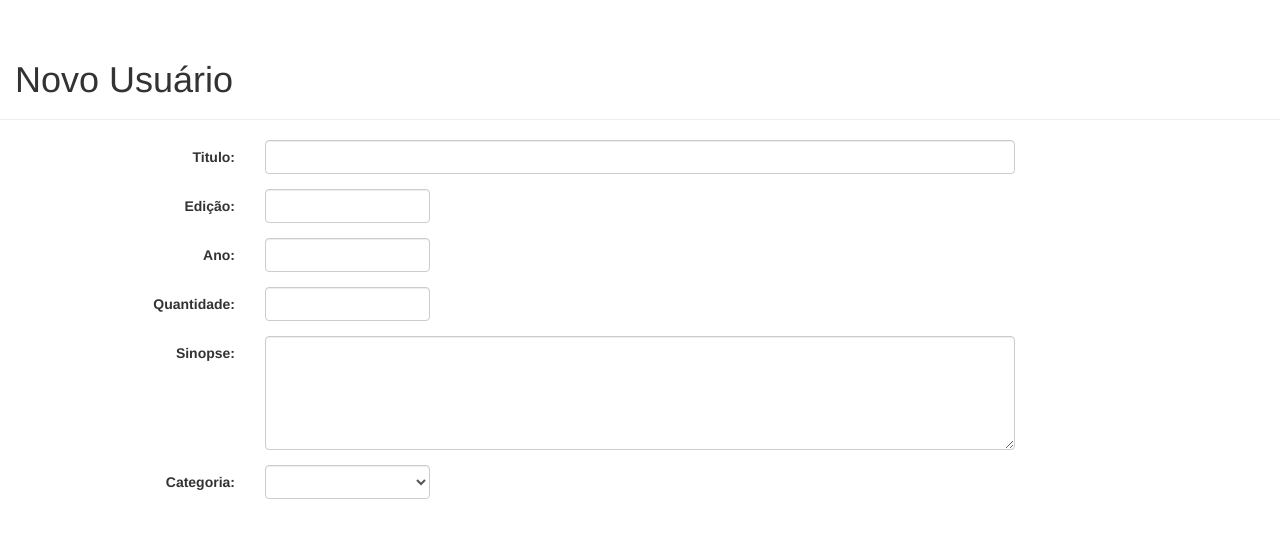
Repository: stefanyco/biblioteca
Page: http://localhost/Biblioteca/livroAdicionar.jsp
An editor plug-in stored every save of this project. The page is shown before and after the next save, followed by the edit.
The browser window is 1280 px wide. The pictures show the whole page.
The page is served by Tomcat 9. Queries for data that is not in the repository find no rows.

Above is the page before, as saved 2016-11-07 22:08:39.

After the next save:
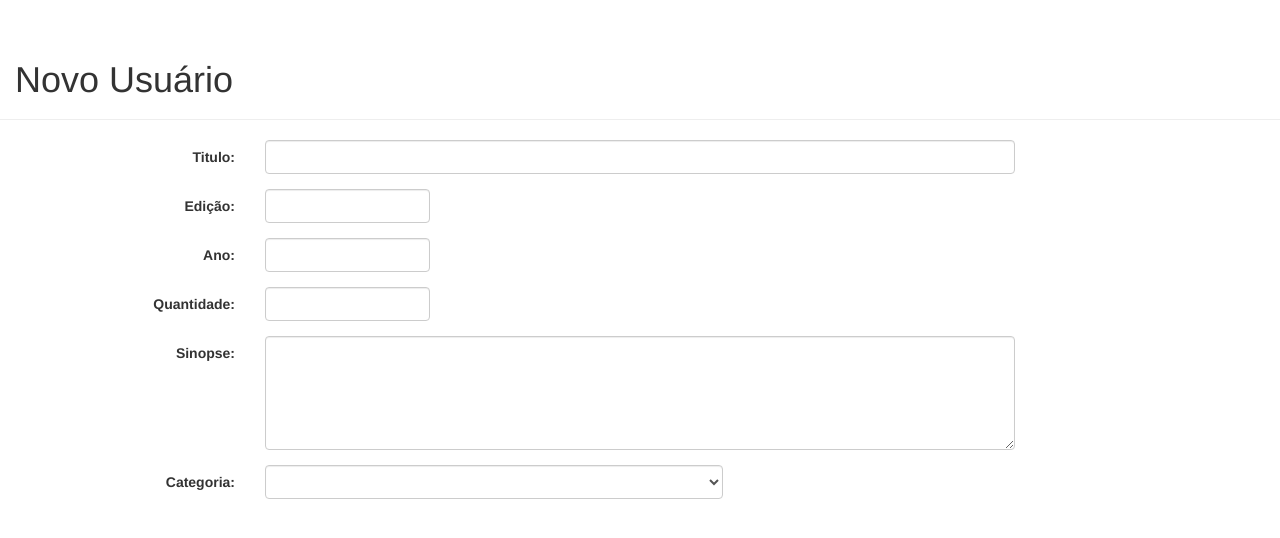
Saved 10 s later.
--- a/Sistema Biblioteca/Biblioteca/WebContent/livroAdicionar.jsp
+++ b/Sistema Biblioteca/Biblioteca/WebContent/livroAdicionar.jsp
@@ -50,7 +50,7 @@
 					</div>
 					<div class="form-group">
 							<label for="categoria" class="col-xs-2 control-label">Categoria:</label>
-							<div class="col-xs-2">
+							<div class="col-xs-5">
 								<select class="form-control" name="idCategoria">
 									<%
 										CategoriaDAO dao = new CategoriaDAO();
